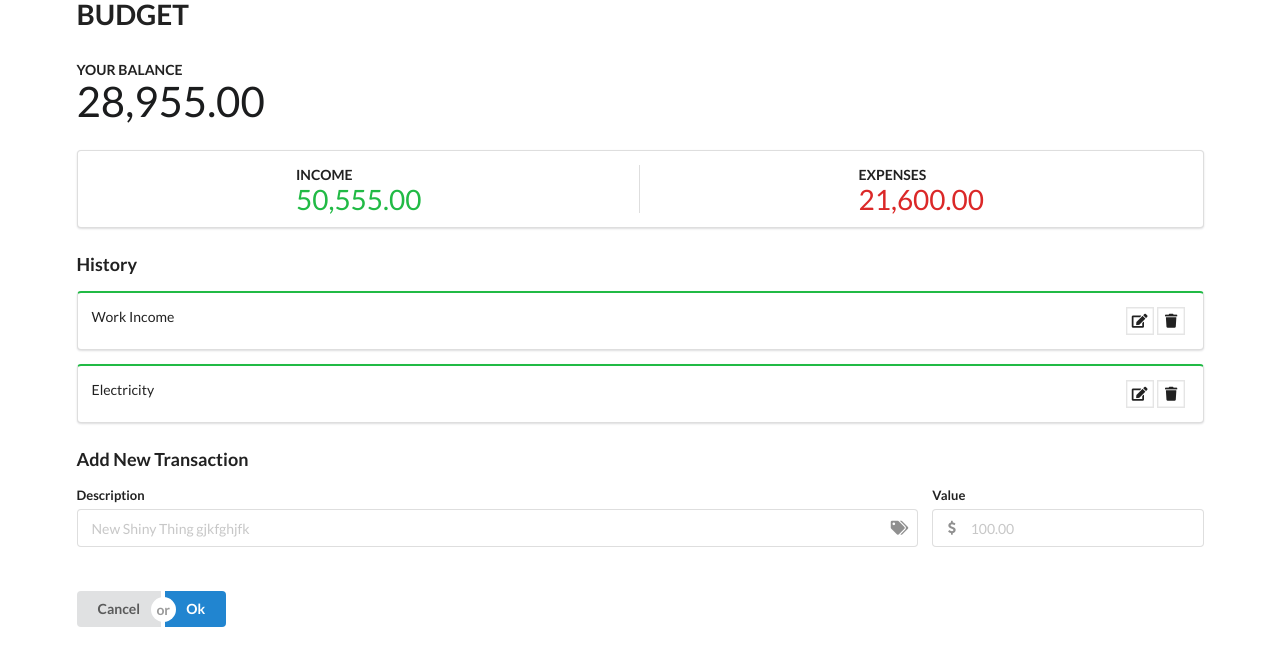
Repository: farrdy/budgets-react
Page: /
These files come from the project's save history. The page is drawn as it stood at one moment and after the next save; the edit follows.
The browser window is 1280 px wide. The pictures show the whole page.
The project was rebuilt for these pictures with package versions that can differ from the ones it lists, and the page was loaded fresh each time.

Above is the page before, as saved 2022-03-19 07:51:03.

After the next save:
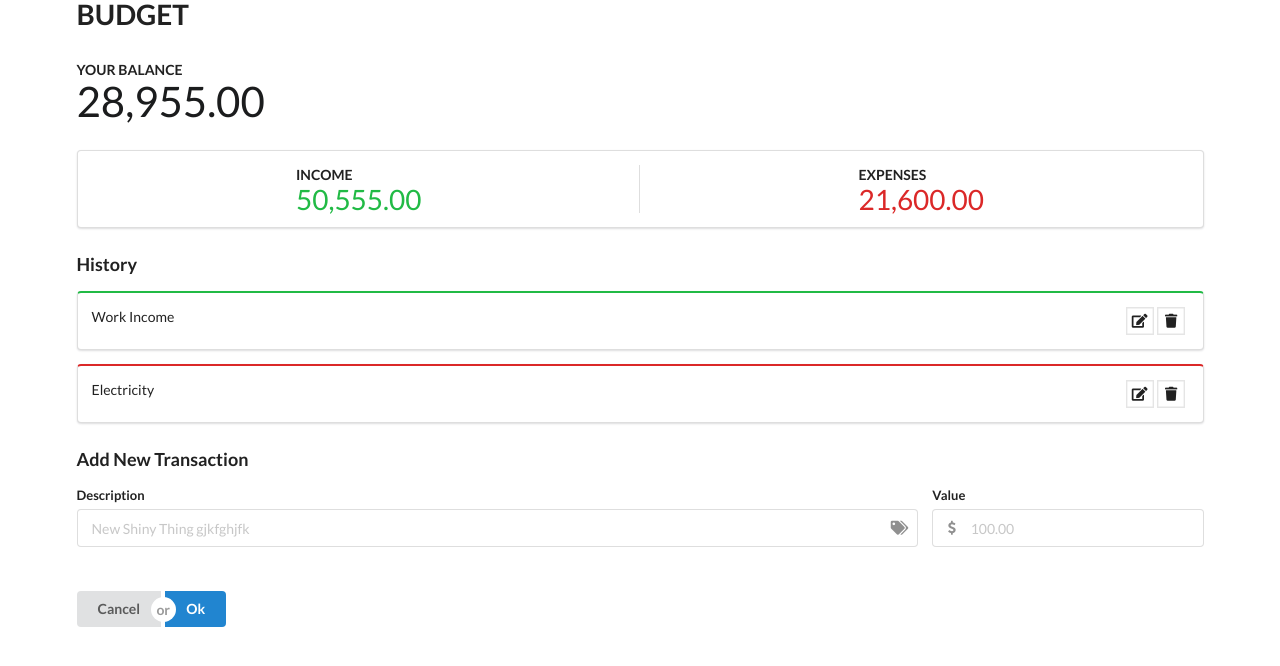
Saved 98 s later.
--- a/src/App.js
+++ b/src/App.js
@@ -16,7 +16,7 @@ function App() {
       <DisplayBalances/>
       <Header as='h3'>History</Header>
       <EntryLine Description={entries[0].Description} Value={entries[0].value} isExpense={entries[0].isExpense}/>
-      <EntryLine Description={entries[1].Description} Value={entries[1].value}/>
+      <EntryLine Description={entries[1].Description} Value={entries[1].value} isExpense={entries[1].isExpense}/>
       <Header as='h3'>
         Add New Transaction
       </Header>
